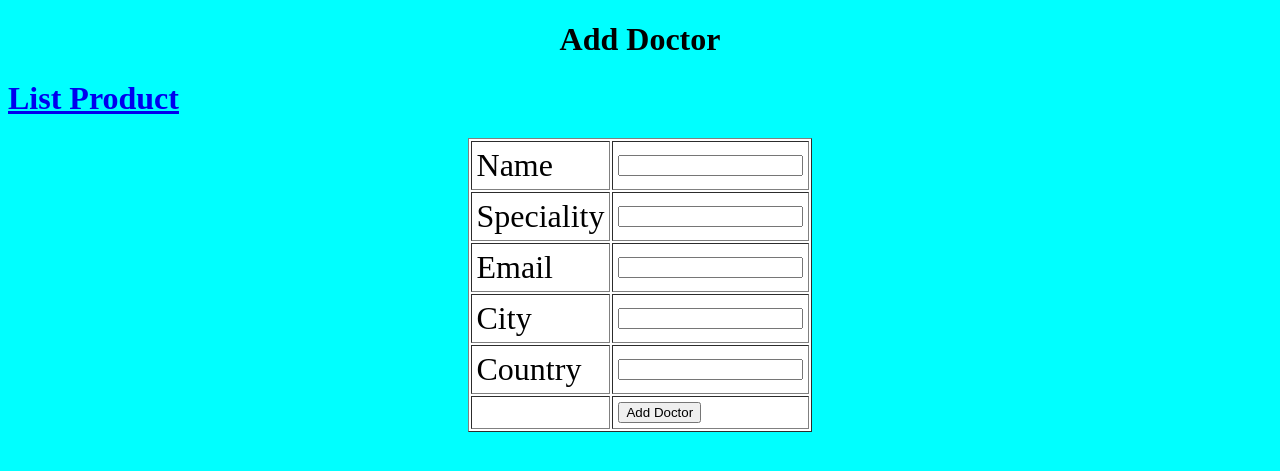
Repository: pawankas/Java_Personal
Page: http://localhost/ProductManagement/addProduct.jsp
The author's editor kept a copy of each file at every save. The page is drawn from the files as they stood at one save, then again after the next save.
The browser window is 1280 px wide. The pictures show the whole page.
The page is served by Tomcat 9. Nobody is signed in. The application's start-up code is not run.

Above is the page before, as saved 2022-03-09 05:36:54.

After the next save:
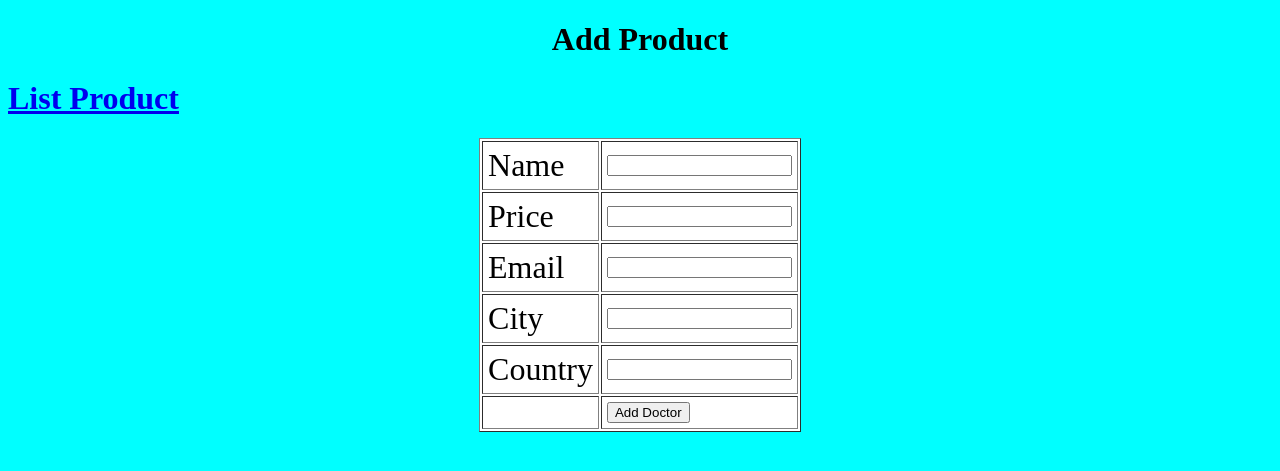
Saved 23 s later.
--- a/ProductManagement/WebContent/addProduct.jsp
+++ b/ProductManagement/WebContent/addProduct.jsp
@@ -8,7 +8,7 @@
 </head>
 <body bgcolor="#00FFFF">
   <form action="MyServlet" method="post">
-    <h1 align="center">Add Doctor</h1>
+    <h1 align="center">Add Product</h1>
     <h1>
       <a href="index.jsp">List Product</a>
     </h1>
@@ -19,8 +19,8 @@
         <td><input type="text" name="name"></td>
       </tr>
       <tr>
-        <td>Speciality</td>
-        <td><input type="text" name="speciality"></td>
+        <td>Price</td>
+        <td><input type="text" name="price"></td>
       </tr>
       <tr>
         <td>Email</td>
